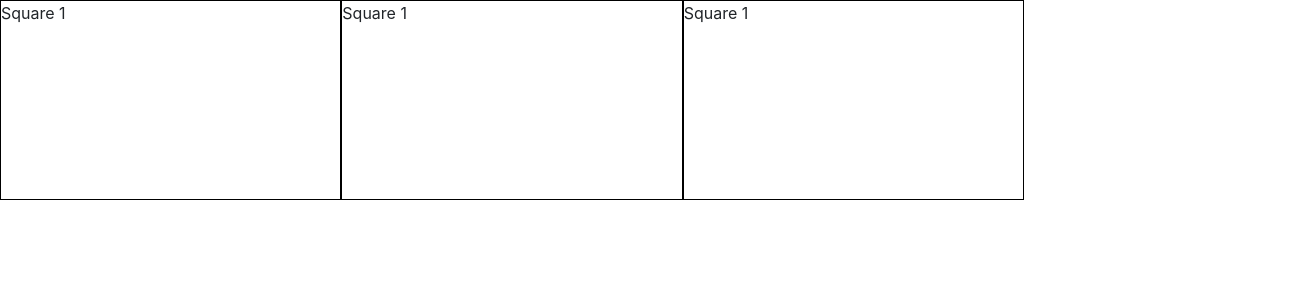
Repository: tts2610/Tic-Tac_Toe
Page: /
An editor plug-in stored every save of this project. The page is shown before and after the next save, followed by the edit.
The browser window is 1280 px wide. The page is 1295 px wide, so the pictures cover 1295 px, including what lies to the right of the window. The pictures show the whole page.
The project was rebuilt for these pictures with package versions that can differ from the ones it lists, and the page was loaded fresh each time.

Above is the page before, as saved 2020-06-02 10:57:37.

### src/App.js
import React, { Component } from "react";
import "./App.css";
import Board from "./components/Board";
import "bootstrap/dist/css/bootstrap.min.css";
import { Row, Col } from "react-bootstrap";

export default class App extends Component {
  render() {
    return (
      <div className="App">
        <Row>
          <Col>
            <Board />
          </Col>
        </Row>
      </div>
    );
  }
}

### src/App.css
.box {
    min-width: max-content;
    height: 200px;
    border: 1px solid black;
}

### src/components/Board.js
import React, { Component } from "react";
import Square from "./Square";
import { Row, Col, Container } from "react-bootstrap/";

const styles = {
  grid: {
    paddingLeft: 0,
    paddingRight: 0,
  },
  row: {
    marginLeft: 0,
    marginRight: 0,
    width: "80%",
  },
  col: {
    paddingLeft: 0,
    paddingRight: 0,
  },
};
export default class Board extends Component {
  render() {
    return (
      <Row style={styles.row}>
        <Col sm={4} style={styles.col}>
          <Square />
        </Col>
        <Col sm={4} style={styles.col}>
          <Square />
        </Col>
        <Col sm={4} style={styles.col}>
          <Square />
        </Col>
      </Row>
    );
  }
}

### src/components/Square.js
import React from "react";

export default function Square() {
  return <div className="box">Square 1</div>;
}

Loaded but not shown: public/index.html (common file); src/index.js (common file); src/index.css (common file); src/serviceWorker.js (common file)

After the next save:
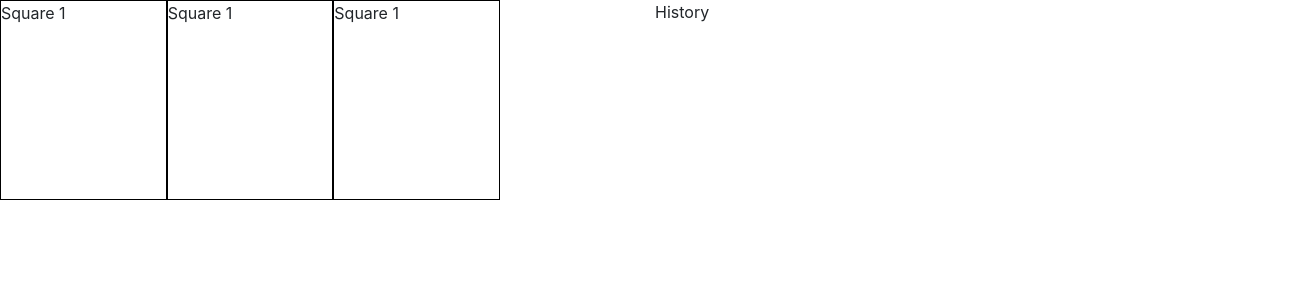
Saved 14 s later.
--- a/src/App.js
+++ b/src/App.js
@@ -12,6 +12,7 @@ export default class App extends Component {
           <Col>
             <Board />
           </Col>
+          <Col>History</Col>
         </Row>
       </div>
     );
